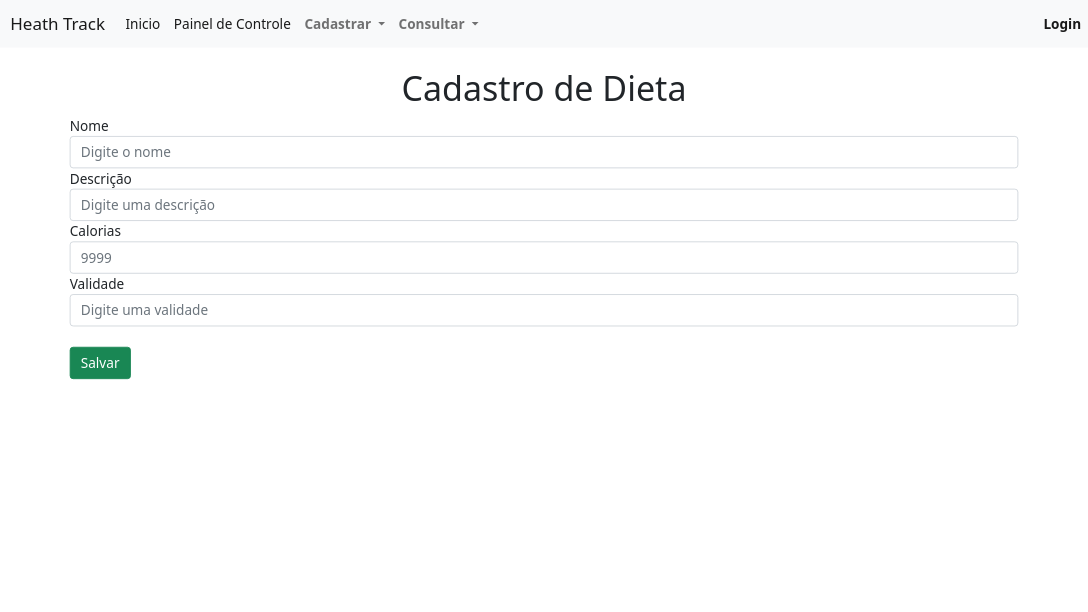
Repository: FellipySantos/HealthTrack_Finalizado
Page: http://localhost/JSPs/cadastro-dieta.jsp
The author's editor kept a copy of each file at every save. The page is drawn from the files as they stood at one save, then again after the next save.
The browser window is 1280 px wide. The pictures show the whole page, at 85% of full size.
The page is served by Tomcat 9.

Above is the page before, as saved 2021-11-22 23:46:33.

After the next save:
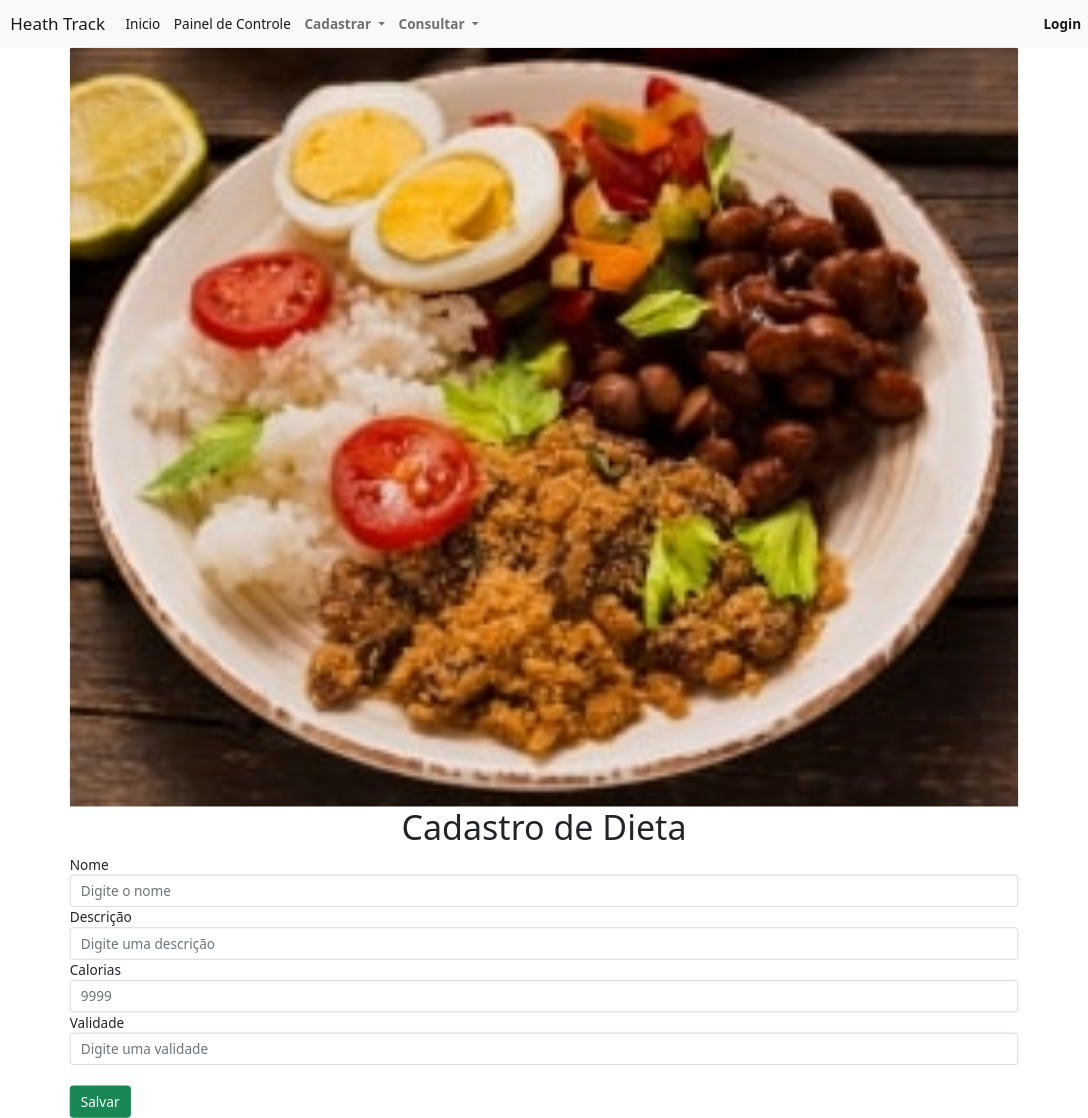
Saved 70 s later.
--- a/JSP/JSPs/WebContent/cadastro-dieta.jsp
+++ b/JSP/JSPs/WebContent/cadastro-dieta.jsp
@@ -11,6 +11,7 @@
 <body>
 <%@ include file="menu.jsp" %>
 <div class="container">
+<img src="resources/img/card_imagem_1.jpg" class="card-img-top" alt="...">
     <br>
 	<h1><center>Cadastro de Dieta</center></h1>
 	<c:if test="${not empty msg }">
